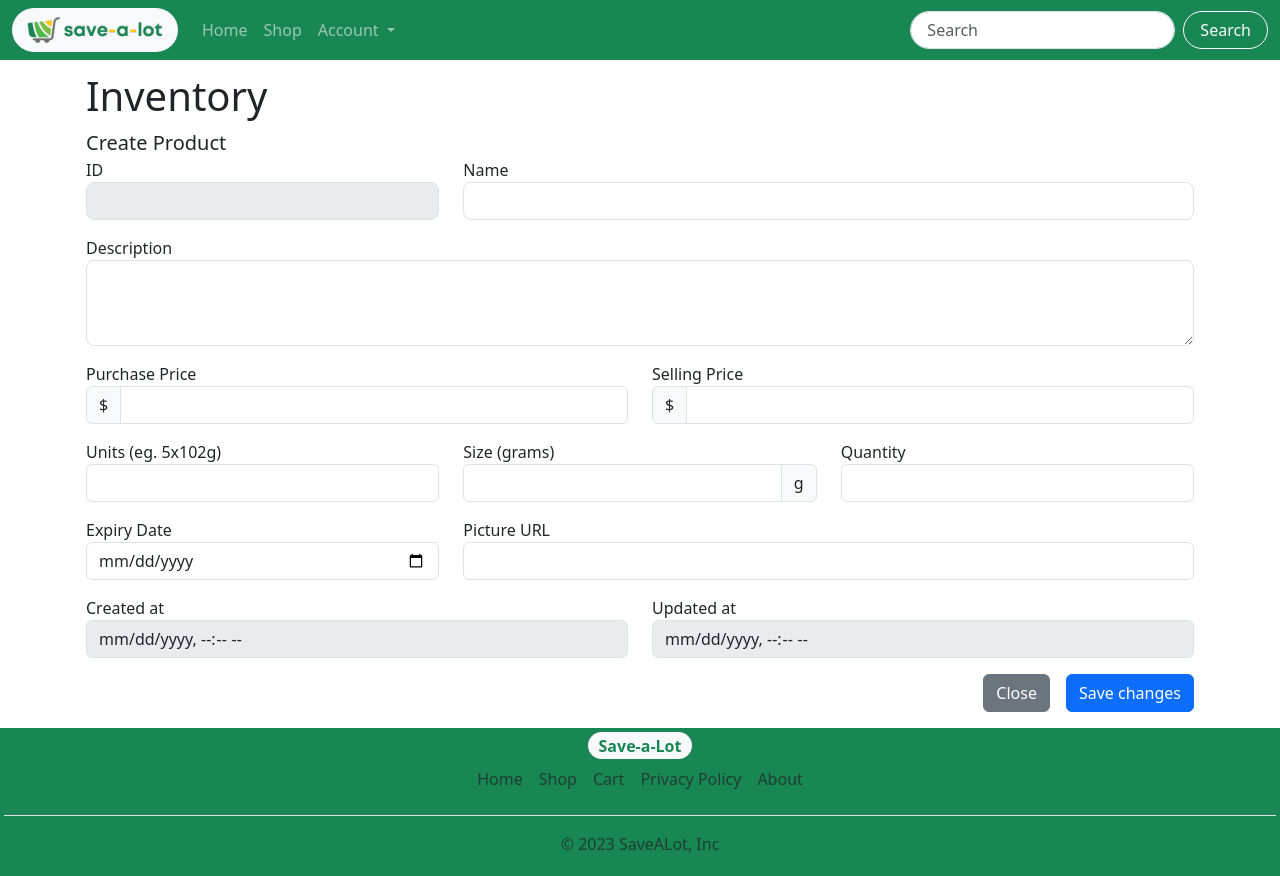
Repository: bill071194/savealot
Page: http://localhost/inventory/create
The author's editor kept a record of every edit. The page is drawn from the files as they stood at one moment, then again after the next edit.
The browser window is 1280 px wide. The pictures show the whole page.
The page is served by the project's Laravel application, run on PHP 8.4 with Laravel 10.

Above is the page before.

After the next edit:
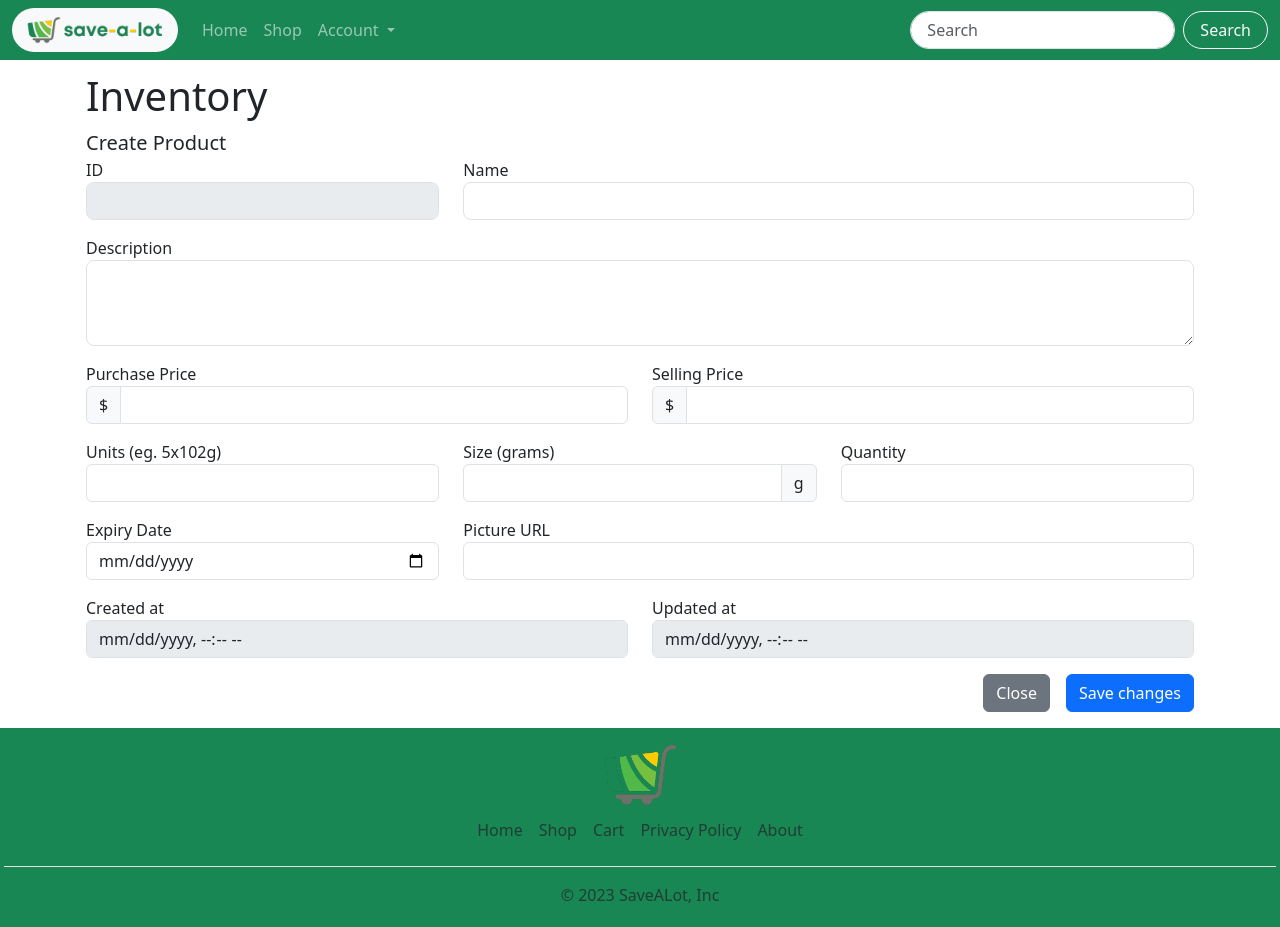
The edit:
--- a/savealot/resources/views/layouts/base2.blade.php
+++ b/savealot/resources/views/layouts/base2.blade.php
@@ -77,7 +77,8 @@
 	</main>
 
 <footer class="container-fluid p-1 bg-success text-center">
-		<a class="navbar-brand badge text-bg-light text-success fs-6 rounded-5" href="index">Save-a-Lot</a>
+		<div style="margin-top: 0.5rem"></div>
+		<img src="pics/savealot_cart.png" alt="savealot_logo" style="width:80px;height:70px;">
         <ul class="nav justify-content-center border-bottom pb-3 mb-3">
           <li class="nav-item">
             <a href="home" class="nav-link px-2 text-body-secondary">Home</a>
